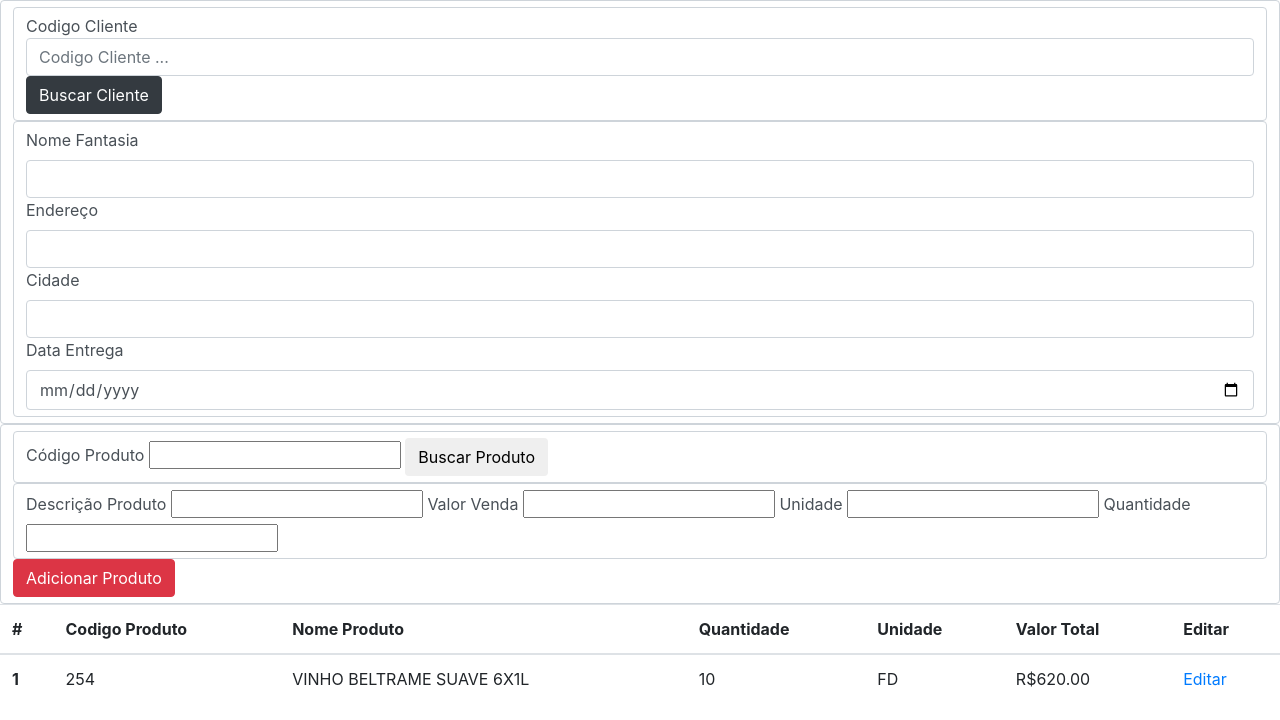
Repository: RobertoAntunes35/controle-estoque
Page: backend/templates/paginaGeracaoPedidos.html
These files come from the project's save history. The page is drawn as it stood at one moment and after the next save; the edit follows.
The browser window is 1280 px wide. The pictures show the whole page.
Some web libraries are served in a nearby version. The template is drawn by Flask 3. The application's start-up code is not run. Other server files are loaded and not shown. The template is opened directly, without the code that normally fills it, so the values that code supplies are empty.

Above is the page before, as saved 2023-06-06 10:51:16.

### backend/templates/paginaGeracaoPedidos.html
{% extends "index.html" %}

{% block title %} Geração Pedidos {% endblock %}

{% block content %}
<div class="content-geracao-pedido">
        <form action="">
            <div class="data-clientes form-control">
                <div class="buscar form-control">
                    <label class="form-check-label" for="">Codigo Cliente</label>
                    <input class="form-control" type="text" name="codigoCliente" id="codigoCliente" placeholder="Codigo Cliente ...">
                    <a href="#" class="btn btn-dark">Buscar Cliente</a>
                </div>

                <div class="datas-cliente form-control">
                    <label for="">Nome Fantasia</label>
                    <input class="form-control" type="text" name="nomeFantasia" id="nomeFantasia">

                    <label for="">Endereço</label>
                    <input class="form-control" type="text" name="enderecoCliente" id="enderecoCliente">

                    <label for="">Cidade</label>
                    <input class="form-control" type="text" name="cidadeCliente" id="cidadeCliente">

                    <label for="">Data Entrega</label>
                    <input class="form-control" type="date" name="dataEntrega" id="dataEntrega">
                </div>
            </div>
            <div class="produtos">
                <div class="busca-produtos form-control">
                    <div class="busca form-control">
                        <label for="">Código Produto</label>
                        <input class="" type="text" name="codigoProduto" id="codigoProduto">
                        <button class="btn" id="btnBuscaProduto" name="btnBuscaProduto">Buscar Produto</button>
                    </div>
                    <div class="dados-produtos form-control">
                        <label for="">Descrição Produto</label>
                        <input type="text" name="descricaoProduto" id="descricaoProduto">

                        <label for="">Valor Venda</label>
                        <input type="number" name="valorVenda" id="valorVenda">

                        <label for="">Unidade</label>
                        <input type="text" name="unidadeProduto" id="unidadeProduto">

                        <label for="">Quantidade</label>
                        <input type="number">
                    </div>
                    <button class="btn btn-danger">Adicionar Produto</button>
                </div>


                <table class="table">
                    <thead>
                        <tr>
                            <th scope="col">#</th>
                            <th scope="col">Codigo Produto</th>
                            <th scope="col">Nome Produto</th>
                            <th scope="col">Quantidade</th>
                            <th scope="col">Unidade</th>
                            <th scope="col">Valor Total</th>
                            <th scope="col">Editar</th>
                        </tr>
                    </thead>

                    <tbody>
                        <tr>
                            <th scope="row">1</th>
                            <td>254</td>
                            <td>VINHO BELTRAME SUAVE 6X1L</td>
                            <td>10</td>
                            <td>FD</td>
                            <td>R$620.00</td>
                            <td><a href="#">Editar</a></td>
                        </tr>
                    </tbody>

                </table>

            </div>

        </form>
    </div>

{% endblock %}

### backend/templates/index.html
<!DOCTYPE html>
<html lang="en">

{% block head %}
<head>
    <meta charset="UTF-8">
    <meta http-equiv="X-UA-Compatible" content="IE=edge">
    <meta name="viewport" content="width=device-width, initial-scale=1.0">
    <title>{% block title %} {% endblock %}</title>

    <script src="https://ajax.googleapis.com/ajax/libs/jquery/3.5.1/jquery.min.js"></script>
    <!-- CSS INTERNO -->
    <link rel="stylesheet" href="{{ url_for('static', filename='css/globalStyle.css') }}">

    <!-- FONTE -->

    <!-- BOOTSTRAP -->
    <link rel="stylesheet" href="https://maxcdn.bootstrapcdn.com/bootstrap/4.0.0/css/bootstrap.min.css">
    <script src="https://maxcdn.bootstrapcdn.com/bootstrap/4.0.0/js/bootstrap.min.js"></script>
    <script src="https://cdnjs.cloudflare.com/ajax/libs/popper.js/1.12.9/umd/popper.min.js"></script>

    <!-- SCRIPT INTERNO -->
    <script src="{{ url_for('static' , filename='js/script.js') }}"></script>

    <!-- SCRIPTS AUXILIARES -->

</head>
{% endblock %}

<body>
   <div class="content">
    {% block content %} {% endblock %}
    </div>

</body>
</html>

### backend/static/css/globalStyle.css
* {
    margin: 0 auto;
    padding: 0;
    box-sizing: border-box;
}

.div-formulario {
    border: 1px solid;
}

.container {
    display: flex;
    justify-content: left;
    align-items: center;
    width: 100vw;
    height: 100vh;

    /* border: 1px solid; */
}

.search-product{
    /* border: 1px solid; */
}
.values-find{
    /* border: 1px solid; */
}

.choices-values{
    /* border: 1px solid; */
}

### backend/static/js/script.js

$(document).ready(function() {
    $('#btnBuscar').click(function(event) {
        event.preventDefault();

        var inputValue = $('#codigo').val();
        console.log(inputValue);

    $.ajax({
        url: '/busca_produtos',
        type: 'POST',
        data: {codigoProduto: inputValue},
        success: function(date) {
            $('#descricao').val(date.updatedValue.descricao)
            $('#codigoFornecedor').val(date.updatedValue.codigoFornecedor)
            $('#unidade').val(date.updatedValue.unidade)
        }
    });
    });
});


function verificarEnter(event) {
    if(event.keyCode === 13) {
        event.preventDefault();

        var botao = document.getElementById("btnBuscar")
        botao.click();
    }
}

After the next save:
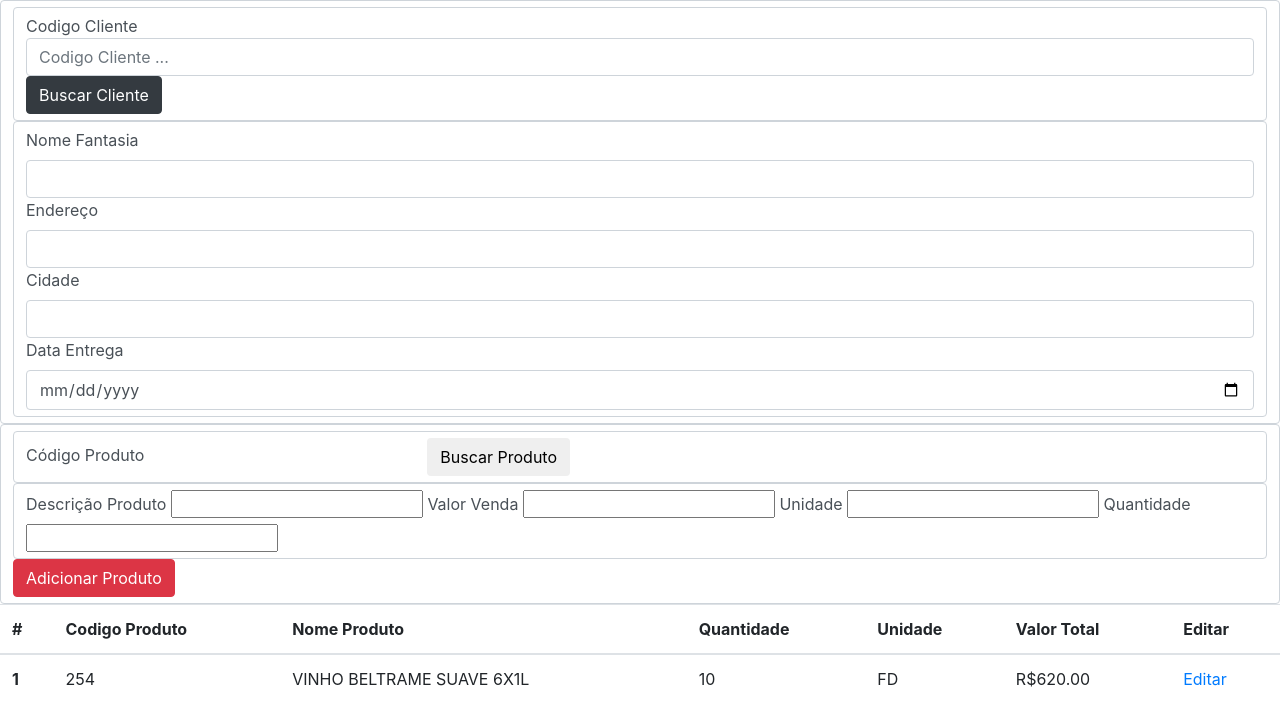
Saved 64 s later.
--- a/backend/templates/paginaGeracaoPedidos.html
+++ b/backend/templates/paginaGeracaoPedidos.html
@@ -30,7 +30,7 @@
                 <div class="busca-produtos form-control">
                     <div class="busca form-control">
                         <label for="">Código Produto</label>
-                        <input class="" type="text" name="codigoProduto" id="codigoProduto">
+                        <input class="btn" type="text" name="codigoProduto" id="codigoProduto">
                         <button class="btn" id="btnBuscaProduto" name="btnBuscaProduto">Buscar Produto</button>
                     </div>
                     <div class="dados-produtos form-control">
